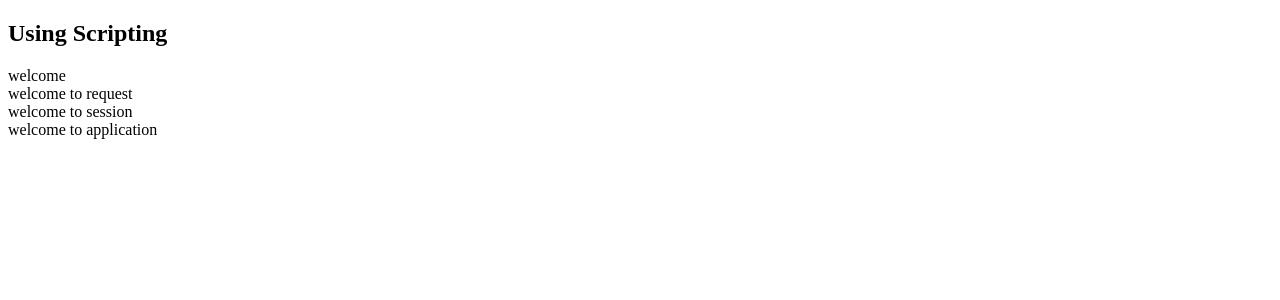
Repository: bigee1397/22-3-2024
Page: http://localhost/JSPDemos/explang.jsp
These files come from the project's save history. The page is drawn as it stood at one moment and after the next save; the edit follows.
The browser window is 1280 px wide. The pictures show the whole page.
The page is served by Tomcat 9.

Above is the page before, as saved 2024-03-18 06:00:55.

After the next save:
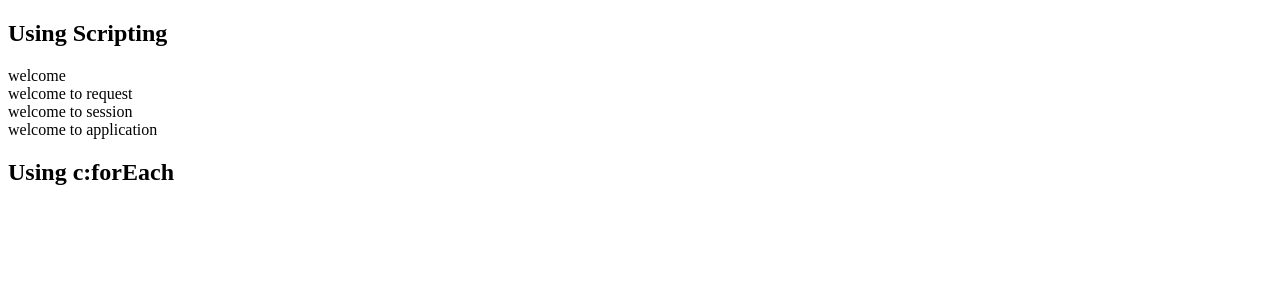
Saved 74 s later.
--- a/jspandservlets/JSPDemos/src/main/webapp/explang.jsp
+++ b/jspandservlets/JSPDemos/src/main/webapp/explang.jsp
@@ -25,5 +25,11 @@
 	<% List<String> fruits = Arrays.asList("kiwi","apple","guava","mango","banana");
 		session.setAttribute("fruitsList", fruits);
 	%>
+
+	<h2>Using c:forEach</h2>
+	<c:forEach items="${fruitsList }" var="fruit" >
+	${fruit }
+	</c:forEach>
+
 </body>
 </html>
